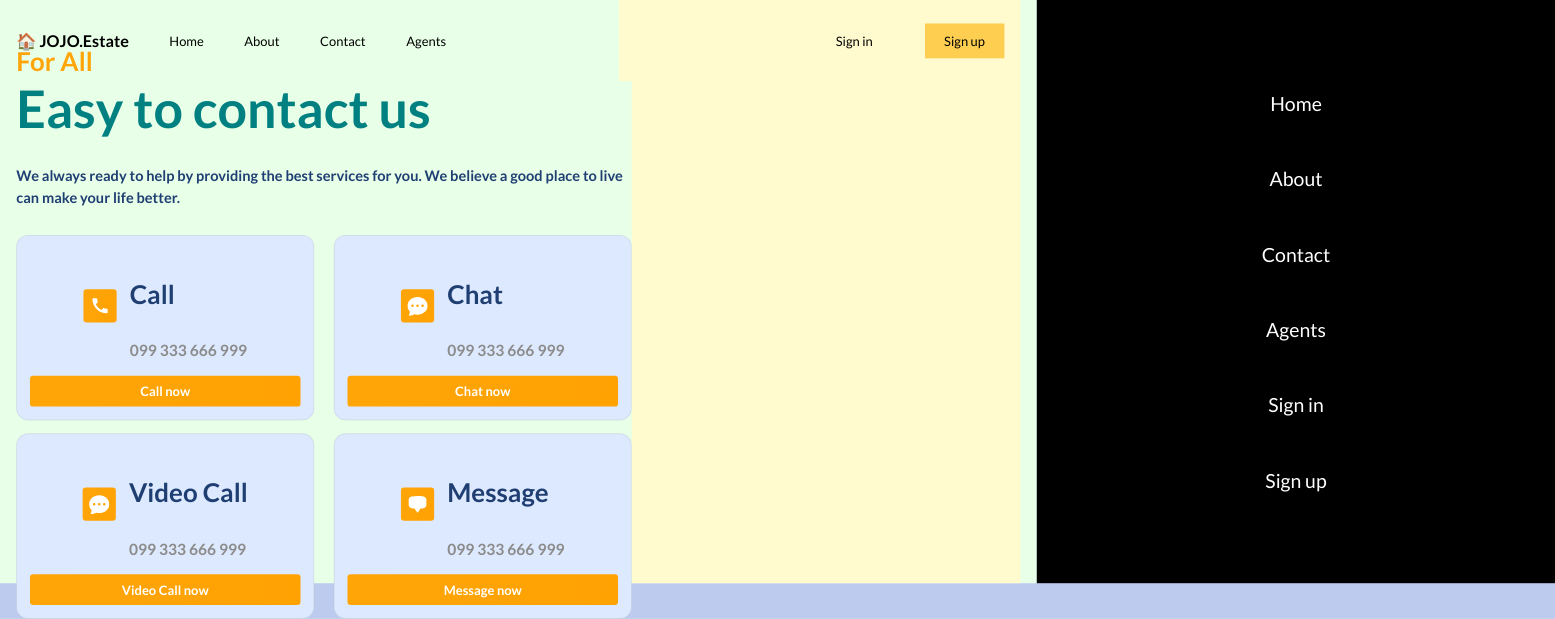
Repository: AiTrinh303/JOJO-estate
Page: /contact (app in client/)
The author's editor kept a copy of each file at every save. The page is drawn from the files as they stood at one save, then again after the next save.
The browser window is 1280 px wide. The page is 1920 px wide, so the pictures cover 1920 px, including what lies to the right of the window. The pictures show the whole page, at 81% of full size.
The page's requests for data from a server got no answer. The project was rebuilt for these pictures with package versions that can differ from the ones it lists, and the page was loaded fresh each time. No one was signed in, and anything a server would have sent is missing. Also part of the build but not shown: client/vite.config.js, client/src/components/searchBar/searchBar.scss, client/src/components/searchBar/SearchBar.jsx, client/src/routes/homePage/homePage.scss, client/src/routes/homePage/homePage.jsx, client/src/routes/listPage/listPage.scss, client/src/components/filter/filter.scss, client/src/components/filter/Filter.jsx and 30 more. Imported but missing from the stored project, and not drawn on this page: client/src/components/uploadWidget/UploadWidget.

Above is the page before, as saved 2024-10-15 15:11:16.

### client/index.html
<!DOCTYPE html>
<html lang="en">
  <head>
    <meta charset="UTF-8" />
    <link rel="icon" type="image/svg+xml" href="/logo.png" />
    <meta name="viewport" content="width=device-width, initial-scale=1.0" />
    <title>🏠JOJO Estate App</title>
    <meta name="description" content="Buy, Sell and Rent Properties" />
    <link
      href="https://fonts.googleapis.com/css2?family=Lato:ital,wght@0,100;0,300;0,400;0,700;0,900;1,100;1,300;1,400;1,700;1,900&display=swap"
      rel="stylesheet"
    />
  </head>
  <body>
    <div id="root"></div>
    <script type="module" src="/src/main.jsx"></script>
  </body>
</html>

### client/src/App.jsx
import { createBrowserRouter, RouterProvider } from "react-router-dom";
import { Layout, RequireAuth } from "./routes/layout/layout";
import HomePage from "./routes/homePage/homePage";
import ListPage from "./routes/listPage/listPage";
import SinglePage from "./routes/singlePage/singlePage";
import ProfilePage from "./routes/profilePage/profilePage";
import Login from "./routes/login/login";
import Register from "./routes/register/register";
import ProfileUpdatePage from "./routes/profileUpdatePage/profileUpdatePage";
import NewPostPage from "./routes/newPostPage/newPostPage";
import NotFoundPage from "./routes/notFoundPage/notFoundPage";
import { listPageLoader, profilePageLoader, singlePageLoader } from "./lib/loaders";
import AboutPage from "./routes/aboutPage/aboutPage";
import ContactPage from "./routes/contactPage/contactPage";

function App() {
  const router = createBrowserRouter([
    {
      path: "/",
      element: <Layout />,
      children: [
        {
          path: "/",
          element: <HomePage />,
        },
        {
          path: "/about",
          element: <AboutPage />,
        },
        {
          path: "/contact",
          element: <ContactPage />,
        },
        {
          path: "/list",
          element: <ListPage />,
          loader: listPageLoader,
        },
        {
          path: "/:id",
          element: <SinglePage />,
          loader: singlePageLoader,
        },
        {
          path: "/login",
          element: <Login />,
        },
        {
          path: "/register",
          element: <Register />,
        }
      ],
    },
    {
      path: "/",
      element: <RequireAuth />,
      children: [
        {
          path: "/profile",
          element: <ProfilePage />,
          loader: profilePageLoader
        },
        {
          path: "/profile/update",
          element: <ProfileUpdatePage />,
        },
        {
          path: "/add",
          element: <NewPostPage />,
        },
      ],
    },
    {
      path: "*",
      element: <NotFoundPage />,
    }
  ]);

  return <RouterProvider router={router} />;
}

export default App;

### client/src/index.scss
*{
  padding: 0;
  margin: 0;
  box-sizing: border-box;
}

a {
  text-decoration: none;
  color: inherit;
}

body{
  font-family: "Lato", sans-serif;
  overflow: hidden;
  background-color: #bdcbee;

}

### client/src/context/AuthContext.jsx
import { createContext, useEffect, useState } from "react";

export const AuthContext = createContext();

export const AuthContextProvider = ({ children }) => {
  const [currentUser, setCurrentUser] = useState(JSON.parse(localStorage.getItem("user")) || null );

  const updateUser = (data) => {
    setCurrentUser(data);
  };

  useEffect(() => {
    localStorage.setItem("user", JSON.stringify(currentUser));
  }, [currentUser]);

  return (
    <AuthContext.Provider value={{ currentUser,updateUser }}>
      {children}
    </AuthContext.Provider>
  );
};

### client/src/context/SocketContext.jsx
import { createContext, useContext, useEffect, useState } from "react";
import { io } from "socket.io-client";
import { AuthContext } from "./AuthContext";

export const SocketContext = createContext();

export const SocketContextProvider = ({ children }) => {
  const { currentUser } = useContext(AuthContext);
  const [socket, setSocket] = useState(null);

  useEffect(() => {
    setSocket(io("http://localhost:4444"));
  }, []);

  useEffect(() => {
    currentUser && socket?.emit("newUser", currentUser.id);
  }, [currentUser, socket]);

  return (
    <SocketContext.Provider value={{ socket }}>
      {children}
    </SocketContext.Provider>
  );
};

### client/src/routes/layout/layout.jsx
import "./layout.scss";
import Navbar from "../../components/navbar/Navbar";
import { Navigate, Outlet } from "react-router-dom";
import { useContext } from "react";
import { AuthContext } from "../../context/AuthContext";

function Layout() {
  return (
    <div className="layout">
      <div className="navbar">
        <Navbar />
      </div>
      <div className="content">
        <Outlet />
      </div>
    </div>
  );
}

function RequireAuth() {
  const { currentUser } = useContext(AuthContext);

  if (!currentUser) return <Navigate to="/login" />;
  else {
    return (
      <div className="layout">
        <div className="navbar">
          <Navbar />
        </div>
        <div className="content">
          <Outlet />
        </div>
      </div>
    );
  }
}

export { Layout, RequireAuth };

### client/src/lib/loaders.js
import { defer } from "react-router-dom";
import apiRequest from "./apiRequest";

export const singlePageLoader = async ({ request, params }) => {
  const res = await apiRequest("/posts/" + params.id);
  return res.data;
};

export const listPageLoader = async ({ request, params }) => {
  // console.log(request)
  const query = request.url.split("?")[1];
  const postPromise = apiRequest("/posts?" + query);
  return defer({
    postResponse: postPromise,
  });
};

export const profilePageLoader = async () => {
  const postPromise = apiRequest("/users/profilePosts");
  const chatPromise = apiRequest("/chats");
  return defer({
    postResponse: postPromise,
    chatResponse: chatPromise,
  });
};

### client/src/routes/contactPage/contactPage.jsx
import './contactPage.scss'
import { MdCall } from "react-icons/md";
import { BsFillChatDotsFill } from "react-icons/bs";
import { HiChatBubbleBottomCenter } from 'react-icons/hi2'

const ContactPage = () => {
  return (
    <div className="contactPage">
      <div className="textContainer">
        <h3 >For All</h3>
        <h1 >Easy to contact us</h1>
        <span className="secondaryText">
            We always ready to help by providing the best services for you.
            We believe a good place to live can make your life better.
        </span>

        <div className="contactContainer">
            {/* first row */}
            <div className="row">
              <div className="mode">
                <div className="flexStart">
                  <div className="icon">
                    <MdCall size={25} />
                  </div>
                  <div className="detail">
                    <span className="primaryText">Call</span>
                    <span className="secondaryText">099 333 666 999</span>
                  </div>
                </div>
                <div className="button">Call now</div>
              </div>

              <div className="mode">
                <div className="flexStart">
                  <div className="icon">
                    <BsFillChatDotsFill size={25} />
                  </div>
                  <div className="detail">
                    <span className="primaryText">Chat</span>
                    <span className="secondaryText">099 333 666 999</span>
                  </div>
                </div>
                <div className="button">Chat now</div>
              </div>
            </div>

            {/* second row */}
            <div className="row">
              <div className="mode">
                <div className="flexStart">
                  <div className="icon">
                    <BsFillChatDotsFill size={25} />
                  </div>
                  <div className="detail">
                    <span className="primaryText">Video Call</span>
                    <span className="secondaryText">099 333 666 999</span>
                  </div>
                </div>
                <div className="button">Video Call now</div>
              </div>

              <div className="mode">
                <div className="flexStart">
                  <div className="icon">
                    <HiChatBubbleBottomCenter size={25} />
                  </div>
                  <div className="detail">
                    <span className="primaryText">Message</span>
                    <span className="secondaryText">099 333 666 999</span>
                  </div>
                </div>
                <div className="button">Message now</div>
              </div>
            </div>
          </div>
      </div>

      <div className="imgContainer">
        <img src="/contact.png" alt="Contact" />
      </div>
    </div>
  )
}

export default ContactPage

### client/src/routes/layout/layout.scss
@import "../../responsive.scss";

.layout {
  height: 100vh;
  max-width: 1366px;
  margin-left: auto;
  margin-right: auto;
  padding-left: 20px;
  padding-right: 20px;
  background: rgb(232, 255, 232);

  @include lg {
    max-width: 1280px;
  }

  @include md {
    max-width: 768px;
  }

  @include sm {
    max-width: 640px;
  }

  .content {
    // flex: 1;
    height: calc(100vh - 100px);
  }
}

### client/src/components/navbar/Navbar.jsx
import { useContext, useState } from "react";
import "./navbar.scss";
import { Link } from "react-router-dom";
import { AuthContext } from "../../context/AuthContext";
import { useNotificationStore } from "../../lib/notificationStore";

function Navbar() {
  const [open, setOpen] = useState(false);

  const { currentUser } = useContext(AuthContext);

  const fetch = useNotificationStore((state) => state.fetch);
  const number = useNotificationStore((state) => state.number);

  if(currentUser) fetch();

  return (
    <nav>
      <div className="left">
        <Link to="/" className="logo">
          <span>🏠 JOJO.Estate</span>
        </Link>
        <Link to="/">Home</Link>
        <Link to="/about">About</Link>
        <Link to="/contact">Contact</Link>
        <a href="/">Agents</a>
      </div>

      <div className="right">
        {currentUser ? (
          <div className="user">
            <img src={currentUser.avatar || "/noavatar.jpg"} alt="avatar" />
            <span>{currentUser.username}</span>
            <Link to="/profile" className="profile">
              {number > 0 && <div className="notification">{number}</div>}
              <span>Profile</span>
            </Link>
          </div>
        ) : (
          <>
            <Link to="/login">Sign in</Link>
            <Link to="/register" className="register">
              Sign up
            </Link>
          </>
        )}

            <div className="menuIcon">
                <img
                  src="/menu.png"
                  alt="menu"
                  onClick={() => setOpen((prev) => !prev)}/>
            </div>

        <div className={open ? "menu active" : "menu"}>
          <Link to="/">Home</Link>
          <Link to="/about">About</Link>
          <Link to="/contact">Contact</Link>
          <a href="/">Agents</a>
          <Link to="/login">Sign in</Link>
          <Link to="/register">Sign up</Link>
        </div>

      </div>
    </nav>
  );
}

export default Navbar;

### client/src/lib/apiRequest.js
import axios from "axios";


const apiRequest = axios.create({
  baseURL: "http://localhost:8888/api",
  withCredentials: true,
});

export default apiRequest;

### client/src/routes/contactPage/contactPage.scss
@import "../../responsive.scss";

.contactPage{
    display: flex;
    height: 100%;

    .textContainer {
      flex: 3;
      display: flex;
      flex-direction: column;
      justify-content: center;
      align-items: flex-start;

      h1{
        font-size: 64px;
        color: #008080;
      }

      h3 {
        color : #FFA508;
        font-size: 32px;
      }

      span {
        color: #1f3e72;
        font-weight: bold;
        font-size: 18px;
        line-height: 1.5;
        margin-top: 2rem;
       }

      .contactContainer{
        display: flex;
        flex-direction: column;
        justify-content: center;
        align-items: flex-start;
        margin-top: 2rem;
        gap: 1rem;

        .row{
            display: flex;
            justify-content: flex-start;
            align-items: center;
            gap: 1.5rem;

            .mode{
                display: flex;
                justify-content: center;
                align-items: center;
                flex-direction: column;
                width: 23rem;
                padding: 1rem;
                border: 0.8px solid rgba(115, 114, 114, 0.143);
                border-radius: 15px;
                gap: 1rem;
                transition: all 300ms ease-in;
                background: #DDE9FE;

                .flexStart{
                    display: flex;
                    justify-content: flex-start;
                    align-items: center;
                    gap: 1rem;

                    .icon {
                        display: flex;
                        justify-content: center;
                        align-items: center;
                        color: white;
                        background: linear-gradient(97.05deg, #FFA508 3.76%, #ffa202 100%);
                        border: none;
                        border-radius: 4px;
                        padding: 8px;
                    }
                    .detail{
                        display: flex;
                        flex-direction: column;
                        .primaryText {
                            color: #1f3e72;
                            font-weight: bold;
                            font-size: 2rem;
                          }

                        .secondaryText {
                            color: rgb(140 139 139);
                            font-size: 1.2rem;
                          }
                    }
                }
                .button{
                    display: flex;
                    justify-content: center;
                    align-items: center;
                    font-weight: 500;
                    width: 100%;
                    padding: 0.6rem 1.4rem;
                    color: white;
                    font-weight: 700;
                    background: linear-gradient(97.05deg, #FFA508 3.76%, #ffa202 100%);
                    border: none;
                    border-radius: 4px;
                    transition: all 300ms ease-in;

                    &:hover {
                        background: white;
                        color: #FFA508;
                        border: 1px solid #FFA508;
                    }
                }
            }

        }
      }
    }

    .imgContainer {
        flex: 2;
        background-color: #fffbce;
        position: relative;
        display: flex;
        align-items: center;

        @include md {
          display: none;
        }

        img {
          width: 100%;
          position: absolute;
          border-top-left-radius: 250px;
          border-top-right-radius: 250px;
          border: 8px solid rgb(232 232 232 / 93%);
          right: -5px;
          opacity: 0;
          animation: fade-in-slide-up 2s ease-in-out forwards;

          @include lg {
            width: 85%;
          }
        }
    }

}

### client/src/responsive.scss
@mixin sm {
  @media (max-width: 738px) {
    @content;
  }
};

@mixin md {
  @media (max-width: 1024px) {
    @content;
  }
};

@mixin lg {
  @media (max-width: 1366px) {
    @content;
  }
};

### client/src/components/navbar/navbar.scss
@import "../../responsive.scss";

nav {
  height: 100px;
  display: flex;
  justify-content: space-between;
  align-items: center;

  a {
    transition: all 0.4s ease;

    @include sm {
      display: none;
    }

    &:hover {
      scale: 1.08;
    }
  }

  .left {
    flex: 3;
    display: flex;
    align-items: center;
    gap: 50px;

    .logo {
      font-weight: bold;
      font-size: 20px;
      display: flex;
      align-items: center;
      gap: 3px;

      span {
        @include md {
          display: none;
        }

        @include sm {
          display: initial;
        }
      }
    }
  }
  .right {
    flex: 2;
    display: flex;
    align-items: center;
    justify-content: flex-end;
    background-color: #fffbce;
    ;
    height: 100%;

    @include md {
      background-color: transparent;
    }

    a {
      padding: 12px 24px;
      margin: 20px;
    }

    .user{
      display: flex;
      align-items: center;
      font-weight: bold;

      img{
        width: 40px;
        height: 40px;
        border-radius: 50%;
        object-fit: cover;
        margin-right: 20px;
      }

      span{
        @include sm{
          display: none;
        }
      }

      .profile{
        padding: 12px 24px;
        background-color: #fece51;
        cursor: pointer;
        border: none;
        position: relative;

        .notification{
          position: absolute;
          top: -8px;
          right: -8px;
          background-color: red;
          color: white;
          border-radius: 50%;
          width: 26px;
          height: 26px;
          display: flex;
          align-items: center;
          justify-content: center;
        }

      }
    }

    .register {
      background-color: #fece51;
    }

    .menuIcon {
      display: none;
      z-index: 999;

      img {
        width: 36px;
        height: 36px;
        cursor: pointer;
      }

      @include sm {
        display: inline;
      }
    }

    .menu {
      position: absolute;
      top: 0;
      right: -50%;
      background-color: black;
      color: white;
      height: 100vh;
      width: 50%;
      transition: all 1s ease;
      display: flex;
      flex-direction: column;
      align-items: center;
      justify-content: center;
      font-size: 24px;

      &.active {
        right: 0;
      }

      @include sm {
        a {
          display: initial;
        }
      }
    }
  }
}

Loaded but not shown: client/src/main.jsx (common file); client/src/lib/accordion.jsx (common file); client/src/lib/notificationStore.js (common file)

After the next save:
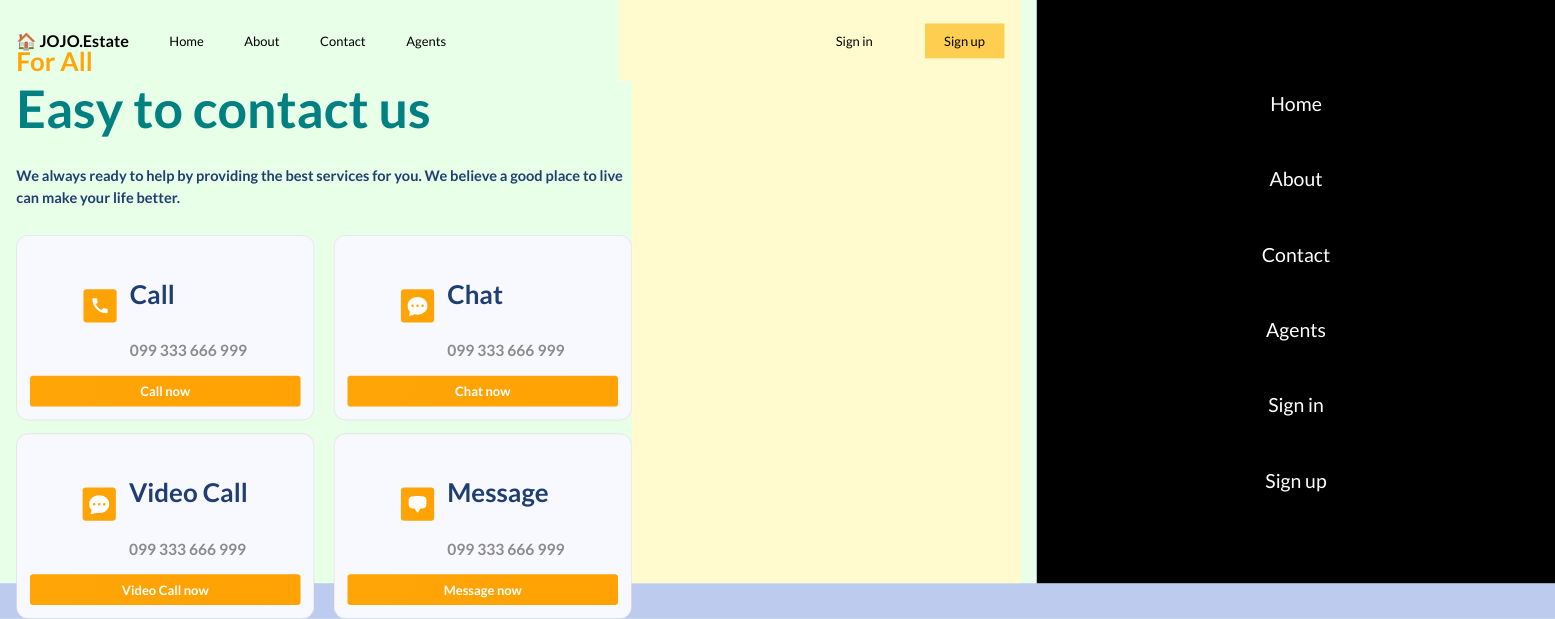
Saved 5 s later.
--- a/client/src/routes/contactPage/contactPage.scss
+++ b/client/src/routes/contactPage/contactPage.scss
@@ -54,7 +54,7 @@
                 border-radius: 15px;
                 gap: 1rem;
                 transition: all 300ms ease-in;
-                background: #DDE9FE;
+                background: #f8f8ff;
 
                 .flexStart{
                     display: flex;
